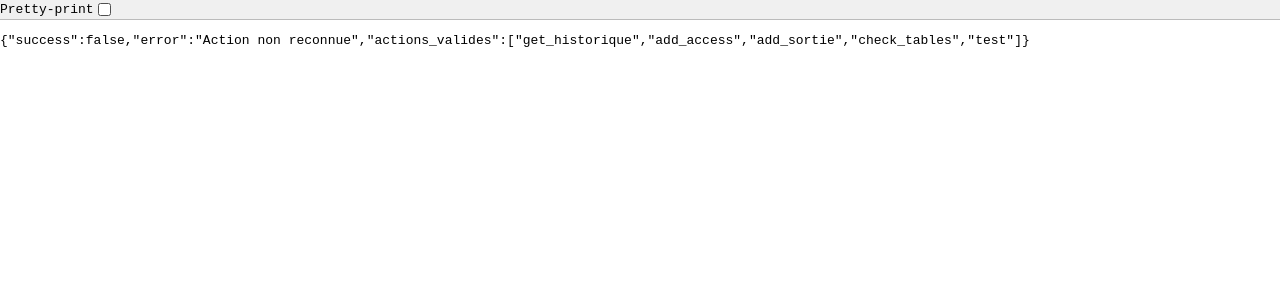
Repository: sana818/gestion
Page: http://localhost/api_historique_salles.php
These files come from the project's save history. The page is drawn as it stood at one moment and after the next save; the edit follows.
The browser window is 1280 px wide. The pictures show the whole page.
The page is run by PHP 8.4 with error messages shown; the project is at /var/www/html/.

Above is the page before, as saved 2026-04-05 02:08:34.

### api_historique_salles.php
<?php
// api_historique_salles.php - Compatible PHP 7 et PHP 8

ob_start();
ini_set('display_errors', 0);
ini_set('log_errors', 1);
error_reporting(E_ALL);
ob_end_clean();

header('Content-Type: application/json');
header('Access-Control-Allow-Origin: *');
header('Access-Control-Allow-Methods: GET, POST, OPTIONS');
header('Access-Control-Allow-Headers: Authorization, Content-Type, X-Requested-With');

register_shutdown_function(function() {
    $error = error_get_last();
    if ($error && in_array($error['type'], array(E_ERROR, E_PARSE, E_CORE_ERROR))) {
        echo json_encode(array(
            'success'     => false,
            'fatal_error' => $error['message'],
            'line'        => $error['line']
        ));
    }
});

if ($_SERVER['REQUEST_METHOD'] === 'OPTIONS') {
    http_response_code(200);
    exit();
}

// ============================================================
$host     = 'localhost';
$dbname   = 'gestion_utilisateurs';
$username = 'root';
$password = '';
// ============================================================

try {
    $pdo = new PDO(
        "mysql:host=$host;dbname=$dbname;charset=utf8",
        $username,
        $password,
        array(
            PDO::ATTR_ERRMODE            => PDO::ERRMODE_EXCEPTION,
            PDO::ATTR_DEFAULT_FETCH_MODE => PDO::FETCH_ASSOC
        )
    );

    // ----------------------------------------------------------
    // TEST : ?test=1
    // ----------------------------------------------------------
    if (isset($_GET['test'])) {
        echo json_encode(array(
            'success'     => true,
            'message'     => 'API opérationnelle',
            'base'        => $dbname,
            'time'        => date('Y-m-d H:i:s'),
            'php_version' => phpversion()
        ));
        exit;
    }

    // ----------------------------------------------------------
    // CHECK TABLES : ?action=check_tables
    // ----------------------------------------------------------
    if (isset($_GET['action']) && $_GET['action'] === 'check_tables') {
        $tables = $pdo->query("SHOW TABLES")->fetchAll(PDO::FETCH_COLUMN);

        $colonnes_historique = array();
        $colonnes_salles     = array();
        $colonnes_registre   = array();
        $apercu              = array();

        if (in_array('historique_salles', $tables)) {
            $colonnes_historique = $pdo->query("DESCRIBE historique_salles")->fetchAll();
            $apercu              = $pdo->query("SELECT * FROM historique_salles LIMIT 3")->fetchAll();
        }
        if (in_array('salles', $tables)) {
            $colonnes_salles = $pdo->query("DESCRIBE salles")->fetchAll();
        }
        if (in_array('registre', $tables)) {
            $colonnes_registre = $pdo->query("DESCRIBE registre")->fetchAll();
        }

        echo json_encode(array(
            'success'              => true,
            'tables'               => $tables,
            'colonnes_historique'  => $colonnes_historique,
            'colonnes_salles'      => $colonnes_salles,
            'colonnes_registre'    => $colonnes_registre,
            'apercu_historique'    => $apercu
        ));
        exit;
    }

    // ----------------------------------------------------------
    // GET HISTORIQUE : ?action=get_historique
    // Structure confirmée :
    //   historique_salles : id, employe_id, salle_id, date_entree, heure_entree, heure_sortie, created_at
    //   registre          : id, nom, prenom, ...
    //   salles            : id, nom, ...
    // ----------------------------------------------------------
    if ($_SERVER['REQUEST_METHOD'] === 'GET' && isset($_GET['action']) && $_GET['action'] === 'get_historique') {

        // Vérification JWT
        $headers    = getallheaders();
        $authHeader = isset($headers['Authorization']) ? $headers['Authorization'] : '';
        if (empty($authHeader)) {
            $authHeader = isset($headers['authorization']) ? $headers['authorization'] : '';
        }

        if (empty($authHeader) || strpos($authHeader, 'Bearer ') !== 0) {
            http_response_code(401);
            echo json_encode(array('success' => false, 'error' => 'Token manquant'));
            exit;
        }

        try {
            // Vérifier si la table salles existe
            $tables           = $pdo->query("SHOW TABLES")->fetchAll(PDO::FETCH_COLUMN);
            $has_table_salles = in_array('salles', $tables);
            $sql = "SELECT
            p.id,
            CONCAT(e.prenom, ' ', e.nom) AS employe_nom,
            s.nom                         AS salle,
            p.date                        AS date_entree,
            p.heure_arrivee               AS heure_entree,
            p.heure_depart                AS heure_sortie
        FROM presences p
        LEFT JOIN employes e ON p.employe_id = e.id
        LEFT JOIN salles   s ON p.salle_id   = s.id
        ORDER BY p.date DESC, p.heure_arrivee DESC
        LIMIT 200";

            $stmt = $pdo->prepare($sql);
            $stmt->execute();
            $historique = $stmt->fetchAll();

            echo json_encode(array(
                'success'    => true,
                'count'      => count($historique),
                'historique' => $historique
            ));

        } catch (PDOException $e) {
            echo json_encode(array(
                'success' => false,
                'error'   => 'Erreur SQL : ' . $e->getMessage(),
                'conseil' => 'Appelez ?action=check_tables pour voir la structure complète'
            ));
        }
        exit;
    }

    // ----------------------------------------------------------
    // AJOUTER UN ACCÈS : POST ?action=add_access
    // Body JSON : { "employe_id": 1, "salle_id": 2 }
    // ----------------------------------------------------------
    if ($_SERVER['REQUEST_METHOD'] === 'POST' && isset($_GET['action']) && $_GET['action'] === 'add_access') {

        $input = file_get_contents('php://input');
        $data  = json_decode($input, true);
        if (!$data) $data = $_POST;

        $employe_id   = isset($data['employe_id'])  ? $data['employe_id']  : null;
        $salle_id     = isset($data['salle_id'])     ? $data['salle_id']    : null;
        $heure_entree = isset($data['heure_entree']) ? $data['heure_entree']: date('H:i:s');
        $date_entree  = isset($data['date_entree'])  ? $data['date_entree'] : date('Y-m-d H:i:s');
        $heure_sortie = isset($data['heure_sortie']) ? $data['heure_sortie']: null;

        if (!$employe_id || !$salle_id) {
            http_response_code(400);
            echo json_encode(array('success' => false, 'error' => 'employe_id et salle_id sont obligatoires'));
            exit;
        }

        try {
            $stmt = $pdo->prepare("
                INSERT INTO historique_salles (employe_id, salle_id, date_entree, heure_entree, heure_sortie)
                VALUES (:employe_id, :salle_id, :date_entree, :heure_entree, :heure_sortie)
            ");
            $stmt->execute(array(
                ':employe_id'   => $employe_id,
                ':salle_id'     => $salle_id,
                ':date_entree'  => $date_entree,
                ':heure_entree' => $heure_entree,
                ':heure_sortie' => $heure_sortie
            ));
            echo json_encode(array(
                'success' => true,
                'message' => 'Accès enregistré',
                'id'      => $pdo->lastInsertId()
            ));

        } catch (PDOException $e) {
            http_response_code(500);
            echo json_encode(array('success' => false, 'error' => 'Erreur SQL : ' . $e->getMessage()));
        }
        exit;
    }

    // ----------------------------------------------------------
    // ENREGISTRER LA SORTIE : POST ?action=add_sortie
    // Body JSON : { "id": 5, "heure_sortie": "17:30:00" }
    // ----------------------------------------------------------
    if ($_SERVER['REQUEST_METHOD'] === 'POST' && isset($_GET['action']) && $_GET['action'] === 'add_sortie') {

        $input = file_get_contents('php://input');
        $data  = json_decode($input, true);
        if (!$data) $data = $_POST;

        $id           = isset($data['id'])           ? $data['id']           : null;
        $heure_sortie = isset($data['heure_sortie']) ? $data['heure_sortie'] : date('H:i:s');

        if (!$id) {
            http_response_code(400);
            echo json_encode(array('success' => false, 'error' => 'id est obligatoire'));
            exit;
        }

        try {
            $stmt = $pdo->prepare("UPDATE historique_salles SET heure_sortie = :heure_sortie WHERE id = :id");
            $stmt->execute(array(':heure_sortie' => $heure_sortie, ':id' => $id));
            echo json_encode(array('success' => true, 'message' => 'Heure de sortie enregistrée'));

        } catch (PDOException $e) {
            http_response_code(500);
            echo json_encode(array('success' => false, 'error' => 'Erreur SQL : ' . $e->getMessage()));
        }
        exit;
    }

    // Action inconnue
    echo json_encode(array(
        'success'         => false,
        'error'           => 'Action non reconnue',
        'actions_valides' => array('get_historique', 'add_access', 'add_sortie', 'check_tables', 'test')
    ));

} catch (PDOException $e) {
    http_response_code(500);
    echo json_encode(array(
        'success' => false,
        'error'   => 'Connexion BD impossible : ' . $e->getMessage(),
        'conseil' => 'Vérifiez que XAMPP est démarré et que la base "gestion_utilisateurs" existe'
    ));
} catch (Exception $e) {
    http_response_code(500);
    echo json_encode(array(
        'success' => false,
        'error'   => $e->getMessage(),
        'line'    => $e->getLine()
    ));
}
?>

After the next save:
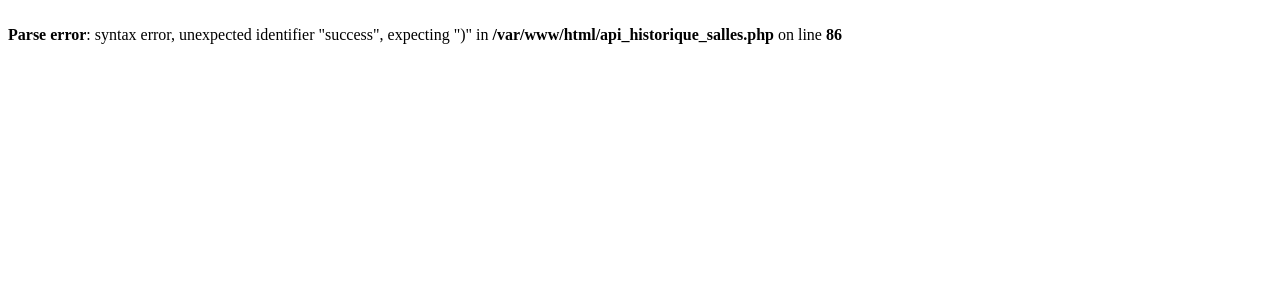
Saved 5 min 7 s later.
--- a/api_historique_salles.php
+++ b/api_historique_salles.php
@@ -78,7 +78,7 @@ try {
         if (in_array('salles', $tables)) {
             $colonnes_salles = $pdo->query("DESCRIBE salles")->fetchAll();
         }
-        if (in_array('registre', $tables)) {
+        if (in_array(', $tables)) {
             $colonnes_registre = $pdo->query("DESCRIBE registre")->fetchAll();
         }
 
